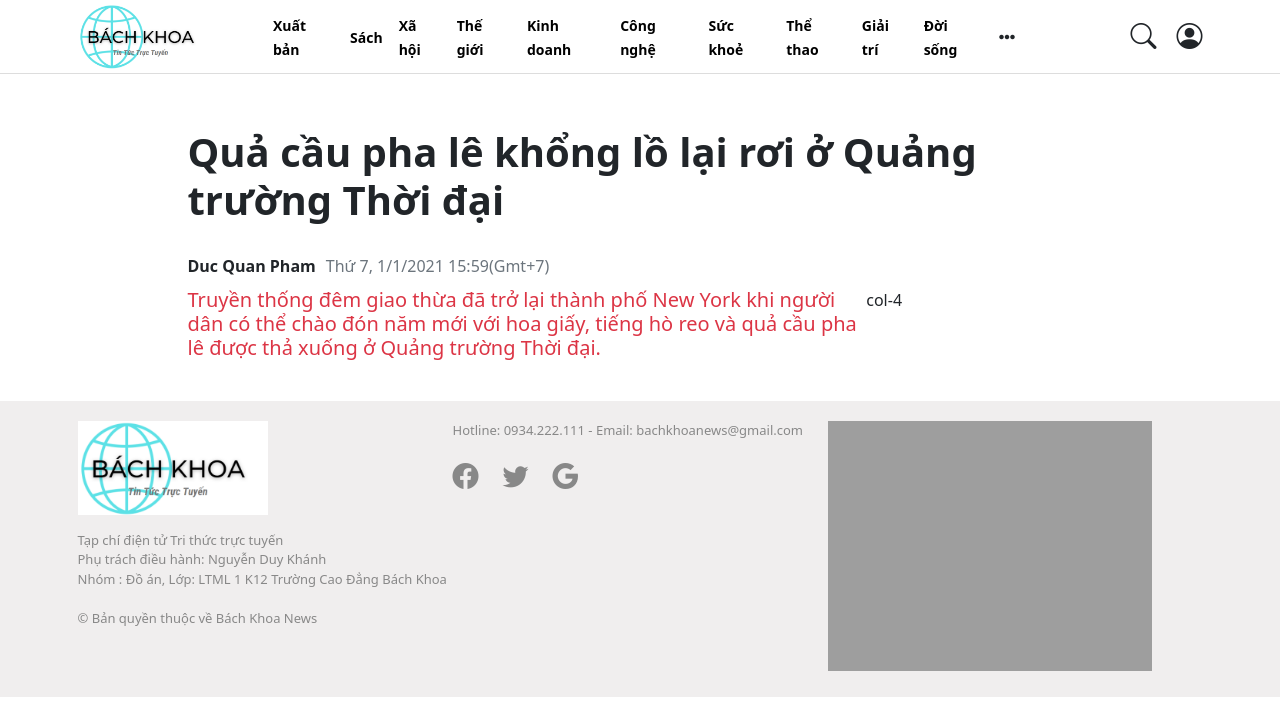
Repository: khanh2324/Java_Web
Page: WebContent/home-new/index.html
The author's editor kept a copy of each file at every save. The page is drawn from the files as they stood at one save, then again after the next save.
The browser window is 1280 px wide. The pictures show the whole page.
Pictures or frames that could not be fetched are drawn as grey boxes. Some web libraries are served in a nearby version.

Above is the page before, as saved 2022-01-01 16:13:36.

### WebContent/home-new/index.html
<!DOCTYPE html>
<html lang="en">
<head>
    <meta charset="UTF-8">
    <meta http-equiv="X-UA-Compatible" content="IE=edge">
    <meta name="viewport" content="width=device-width, initial-scale=1.0">
    <title>Bách Khoa News</title>
    <!-- Icon Boostrap -->
    <link rel="stylesheet" href="https://cdn.jsdelivr.net/npm/bootstrap-icons@1.3.0/font/bootstrap-icons.css">
    <!-- Link Font -->
    <link href="https://fonts.googleapis.com/css2?family=Roboto:ital,wght@0,100;0,300;0,400;0,500;0,700;0,900;1,100;1,300;1,400;1,500;1,700;1,900&display=swap" rel="stylesheet">

    <!-- OWL -->
    <link rel="stylesheet" href="./css/owl.carousel.min.css">
    <link rel="stylesheet" href="./css/owl.theme.default.min.css">

    <!--Font Awesome -->
    <link rel="stylesheet" href="https://cdnjs.cloudflare.com/ajax/libs/font-awesome/5.15.4/css/all.min.css" integrity="sha512-1ycn6IcaQQ40/MKBW2W4Rhis/DbILU74C1vSrLJxCq57o941Ym01SwNsOMqvEBFlcgUa6xLiPY/NS5R+E6ztJQ==" crossorigin="anonymous" referrerpolicy="no-referrer" />
    <!-- CSS-->
    <link rel="stylesheet" href="./css/bootstrap.css">
    <link rel="stylesheet" href="./css/shared.css">
    <link rel="stylesheet" href="./css/style.css">
    <link rel="stylesheet" href="./css/responsive.css">
</head>
<body>
    <div class="main">
        <!-- Header -->
        <div class="header navbar navbar-expand-lg navbar-light fixed-top d-flex">
            <div class="container">

                <div class="col-lg-2 col-10 header-logo">
                    <a class="header-logo_link" href="#">
                        <div class="header-logo_img"></div>
                    </a>
                </div>

                <div class="col-lg-8 header-nav d-flex">
                    <ul class="header-nav_list d-lg-flex d-none">
                        <li class="header-nav_item">
                            <a href="" class="header-nav_link">Xuất bản</a>
                        </li>
                        <li class="header-nav_item">
                            <a href="" class="header-nav_link">Sách</a>
                        </li>
                        <li class="header-nav_item">
                            <a href="" class="header-nav_link">Xã hội</a>
                        </li>
                        <li class="header-nav_item">
                            <a href="" class="header-nav_link">Thế giới</a>
                        </li>
                        <li class="header-nav_item">
                            <a href="" class="header-nav_link">Kinh doanh</a>
                        </li>
                        <li class="header-nav_item">
                            <a href="" class="header-nav_link">Công nghệ</a>
                        </li>
                        <li class="header-nav_item">
                            <a href="" class="header-nav_link">Sức khoẻ</a>
                        </li>
                        <li class="header-nav_item">
                            <a href="" class="header-nav_link">Thể thao</a>
                        </li>
                        <li class="header-nav_item">
                            <a href="" class="header-nav_link">Giải trí</a>
                        </li>
                        <li class="header-nav_item">
                            <a href="" class="header-nav_link">Đời sống</a>
                        </li>
                    </ul>

                    <div class="header-nav_btn">
                        <i class="fas fa-ellipsis-h"></i>
                    </div>
                </div>

                <div class="col-lg-2">
                    <div class="d-flex justify-content-end">
                        <div class="header-search">
                            <i class="bi bi-search"></i>
                        </div>

                        <div class="header-user">
                            <i class="bi bi-person-circle"></i>

                            <div class="user-options d-none">
                                <ul class="user-options_list">
                                    <li class="user-options_item">
                                        <a href="" class="user-options_link">Đăng ký</a>
                                    </li>
                                    <li class="user-options_item">
                                        <a href="" class="user-options_link">Đăng nhập</a>
                                    </li>
                                </ul>
                            </div>
                        </div>


                    </div>

                </div>
            </div>

        </div>

        <!-- Sub Nav -->
        <div class="header-subnav navbar navbar-expand-lg navbar-light fixed-top d-none">
            <div class="container flex-wrap">
                <div class="col-lg-2 header-subnav_wrap">
                    <div class="header-subnav_title">Xã Hội</div>
                    <ul class="header-subnav_list">
                        <li class="header-subnav_item">
                            <a href="" class="header-subnav_link">Chính trị</a>
                        </li>
                        <li class="header-subnav_item">
                            <a href="" class="header-subnav_link">Nhân sự mới</a>
                        </li>
                        <li class="header-subnav_item">
                            <a href="" class="header-subnav_link">Đô thị</a>
                        </li>
                        <li class="header-subnav_item">
                            <a href="" class="header-subnav_link">Giao thông</a>
                        </li>
                        <li class="header-subnav_item">
                            <a href="" class="header-subnav_link">Saigon Metro</a>
                        </li>
                        <li class="header-subnav_item">
                            <a href="" class="header-subnav_link">Sáng kiến chống dịch</a>
                        </li>
                    </ul>
                </div>

                <div class="col-lg-2 header-subnav_wrap">
                    <div class="header-subnav_title">Xã Hội</div>
                    <ul class="header-subnav_list">
                        <li class="header-subnav_item">
                            <a href="" class="header-subnav_link">Chính trị</a>
                        </li>
                        <li class="header-subnav_item">
                            <a href="" class="header-subnav_link">Nhân sự mới</a>
                        </li>
                        <li class="header-subnav_item">
                            <a href="" class="header-subnav_link">Đô thị</a>
                        </li>
                        <li class="header-subnav_item">
                            <a href="" class="header-subnav_link">Giao thông</a>
                        </li>
                        <li class="header-subnav_item">
                            <a href="" class="header-subnav_link">Saigon Metro</a>
                        </li>
                        <li class="header-subnav_item">
                            <a href="" class="header-subnav_link">Sáng kiến chống dịch</a>
                        </li>
                    </ul>
                </div>

                <div class="col-lg-2 header-subnav_wrap">
                    <div class="header-subnav_title">Xã Hội</div>
                    <ul class="header-subnav_list">
                        <li class="header-subnav_item">
                            <a href="" class="header-subnav_link">Chính trị</a>
                        </li>
                        <li class="header-subnav_item">
                            <a href="" class="header-subnav_link">Nhân sự mới</a>
                        </li>
                        <li class="header-subnav_item">
                            <a href="" class="header-subnav_link">Đô thị</a>
                        </li>
                        <li class="header-subnav_item">
                            <a href="" class="header-subnav_link">Giao thông</a>
                        </li>
                        <li class="header-subnav_item">
                            <a href="" class="header-subnav_link">Saigon Metro</a>
                        </li>
                        <li class="header-subnav_item">
                            <a href="" class="header-subnav_link">Sáng kiến chống dịch</a>
                        </li>
                    </ul>
                </div>

                <div class="col-lg-2 header-subnav_wrap">
                    <div class="header-subnav_title">Xã Hội</div>
                    <ul class="header-subnav_list">
                        <li class="header-subnav_item">
                            <a href="" class="header-subnav_link">Chính trị</a>
                        </li>
                        <li class="header-subnav_item">
                            <a href="" class="header-subnav_link">Nhân sự mới</a>
                        </li>
                        <li class="header-subnav_item">
                            <a href="" class="header-subnav_link">Đô thị</a>
                        </li>
                        <li class="header-subnav_item">
                            <a href="" class="header-subnav_link">Giao thông</a>
                        </li>
                        <li class="header-subnav_item">
                            <a href="" class="header-subnav_link">Saigon Metro</a>
                        </li>
                        <li class="header-subnav_item">
                            <a href="" class="header-subnav_link">Sáng kiến chống dịch</a>
                        </li>
                    </ul>
                </div>

                <div class="col-lg-2 header-subnav_wrap">
                    <div class="header-subnav_title">Xã Hội</div>
                    <ul class="header-subnav_list">
                        <li class="header-subnav_item">
                            <a href="" class="header-subnav_link">Chính trị</a>
                        </li>
                        <li class="header-subnav_item">
                            <a href="" class="header-subnav_link">Nhân sự mới</a>
                        </li>
                        <li class="header-subnav_item">
                            <a href="" class="header-subnav_link">Đô thị</a>
                        </li>
                        <li class="header-subnav_item">
                            <a href="" class="header-subnav_link">Giao thông</a>
                        </li>
                        <li class="header-subnav_item">
                            <a href="" class="header-subnav_link">Saigon Metro</a>
                        </li>
                        <li class="header-subnav_item">
                            <a href="" class="header-subnav_link">Sáng kiến chống dịch</a>
                        </li>
                    </ul>
                </div>

                <div class="col-lg-2 header-subnav_wrap">
                    <div class="header-subnav_title">Xã Hội</div>
                    <ul class="header-subnav_list">
                        <li class="header-subnav_item">
                            <a href="" class="header-subnav_link">Chính trị</a>
                        </li>
                        <li class="header-subnav_item">
                            <a href="" class="header-subnav_link">Nhân sự mới</a>
                        </li>
                        <li class="header-subnav_item">
                            <a href="" class="header-subnav_link">Đô thị</a>
                        </li>
                        <li class="header-subnav_item">
                            <a href="" class="header-subnav_link">Giao thông</a>
                        </li>
                        <li class="header-subnav_item">
                            <a href="" class="header-subnav_link">Saigon Metro</a>
                        </li>
                        <li class="header-subnav_item">
                            <a href="" class="header-subnav_link">Sáng kiến chống dịch</a>
                        </li>
                    </ul>
                </div>

                <div class="col-lg-2 header-subnav_wrap">
                    <div class="header-subnav_title">Xã Hội</div>
                    <ul class="header-subnav_list">
                        <li class="header-subnav_item">
                            <a href="" class="header-subnav_link">Chính trị</a>
                        </li>
                        <li class="header-subnav_item">
                            <a href="" class="header-subnav_link">Nhân sự mới</a>
                        </li>
                        <li class="header-subnav_item">
                            <a href="" class="header-subnav_link">Đô thị</a>
                        </li>
                        <li class="header-subnav_item">
                            <a href="" class="header-subnav_link">Giao thông</a>
                        </li>
                        <li class="header-subnav_item">
                            <a href="" class="header-subnav_link">Saigon Metro</a>
                        </li>
                        <li class="header-subnav_item">
                            <a href="" class="header-subnav_link">Sáng kiến chống dịch</a>
                        </li>
                    </ul>
                </div>

                <div class="col-lg-2 header-subnav_wrap">
                    <div class="header-subnav_title">Xã Hội</div>
                    <ul class="header-subnav_list">
                        <li class="header-subnav_item">
                            <a href="" class="header-subnav_link">Chính trị</a>
                        </li>
                        <li class="header-subnav_item">
                            <a href="" class="header-subnav_link">Nhân sự mới</a>
                        </li>
                        <li class="header-subnav_item">
                            <a href="" class="header-subnav_link">Đô thị</a>
                        </li>
                        <li class="header-subnav_item">
                            <a href="" class="header-subnav_link">Giao thông</a>
                        </li>
                        <li class="header-subnav_item">
                            <a href="" class="header-subnav_link">Saigon Metro</a>
                        </li>
                        <li class="header-subnav_item">
                            <a href="" class="header-subnav_link">Sáng kiến chống dịch</a>
                        </li>
                    </ul>
                </div>

                <div class="col-lg-2 header-subnav_wrap">
                    <div class="header-subnav_title">Xã Hội</div>
                    <ul class="header-subnav_list">
                        <li class="header-subnav_item">
                            <a href="" class="header-subnav_link">Chính trị</a>
                        </li>
                        <li class="header-subnav_item">
                            <a href="" class="header-subnav_link">Nhân sự mới</a>
                        </li>
                        <li class="header-subnav_item">
                            <a href="" class="header-subnav_link">Đô thị</a>
                        </li>
                        <li class="header-subnav_item">
                            <a href="" class="header-subnav_link">Giao thông</a>
                        </li>
                        <li class="header-subnav_item">
                            <a href="" class="header-subnav_link">Saigon Metro</a>
                        </li>
                        <li class="header-subnav_item">
                            <a href="" class="header-subnav_link">Sáng kiến chống dịch</a>
                        </li>
                    </ul>
                </div>

                <div class="col-lg-2 header-subnav_wrap">
                    <div class="header-subnav_title">Xã Hội</div>
                    <ul class="header-subnav_list">
                        <li class="header-subnav_item">
                            <a href="" class="header-subnav_link">Chính trị</a>
                        </li>
                        <li class="header-subnav_item">
                            <a href="" class="header-subnav_link">Nhân sự mới</a>
                        </li>
                        <li class="header-subnav_item">
                            <a href="" class="header-subnav_link">Đô thị</a>
                        </li>
                        <li class="header-subnav_item">
                            <a href="" class="header-subnav_link">Giao thông</a>
                        </li>
                        <li class="header-subnav_item">
                            <a href="" class="header-subnav_link">Saigon Metro</a>
                        </li>
                        <li class="header-subnav_item">
                            <a href="" class="header-subnav_link">Sáng kiến chống dịch</a>
                        </li>
                    </ul>
                </div>

                <div class="col-lg-2 header-subnav_wrap">
                    <div class="header-subnav_title">Xã Hội</div>
                    <ul class="header-subnav_list">
                        <li class="header-subnav_item">
                            <a href="" class="header-subnav_link">Chính trị</a>
                        </li>
                        <li class="header-subnav_item">
                            <a href="" class="header-subnav_link">Nhân sự mới</a>
                        </li>
                        <li class="header-subnav_item">
                            <a href="" class="header-subnav_link">Đô thị</a>
                        </li>
                        <li class="header-subnav_item">
                            <a href="" class="header-subnav_link">Giao thông</a>
                        </li>
                        <li class="header-subnav_item">
                            <a href="" class="header-subnav_link">Saigon Metro</a>
                        </li>
                        <li class="header-subnav_item">
                            <a href="" class="header-subnav_link">Sáng kiến chống dịch</a>
                        </li>
                    </ul>
                </div>

                <div class="col-lg-2 header-subnav_wrap">
                    <div class="header-subnav_title">Xã Hội</div>
                    <ul class="header-subnav_list">
                        <li class="header-subnav_item">
                            <a href="" class="header-subnav_link">Chính trị</a>
                        </li>
                        <li class="header-subnav_item">
                            <a href="" class="header-subnav_link">Nhân sự mới</a>
                        </li>
                        <li class="header-subnav_item">
                            <a href="" class="header-subnav_link">Đô thị</a>
                        </li>
                        <li class="header-subnav_item">
                            <a href="" class="header-subnav_link">Giao thông</a>
                        </li>
                        <li class="header-subnav_item">
                            <a href="" class="header-subnav_link">Saigon Metro</a>
                        </li>
                        <li class="header-subnav_item">
                            <a href="" class="header-subnav_link">Sáng kiến chống dịch</a>
                        </li>
                    </ul>
                </div>


            </div>
        </div>
        <!-- Content -->
        <div class="content category layout-container">
            <div class="container">
                <h1 class="title">Quả cầu pha lê khổng lồ lại rơi ở Quảng trường Thời đại</h1>
                <div class="d-flex mt-5">
                    <p class="category-title_name"><strong>Duc Quan Pham</strong></p>
                    <p class="category-title_time ms-3 text-muted">Thứ 7, 1/1/2021 15:59(Gmt+7)</p>
                </div>
                <div class="content-hot d-flex mt-xxl-5">

                        <div class="col-9">
                            <h2 class="category-heading font-weight-bold align-justify text-danger">
                                Truyền thống đêm giao thừa đã trở lại thành phố New York khi người dân có thể chào đón năm mới với hoa giấy, tiếng hò reo và quả cầu pha lê được thả xuống ở Quảng trường Thời đại.
                            </h2>
                        </div>
                        <div class="col-3">col-4</div>
                </div>
            </div>
        </div>
        <div class="footer">
            <div class="container">
                <div class="footer-wrap d-flex justify-content-start flex-wrap">
                    <div class="col-lg-4 col-6">
                        <div class="footer-logo"></div>
                        <div class="footer-content">
                            <span>Tạp chí điện tử Tri thức trực tuyến</span><br>
                            <span>Phụ trách điều hành: Nguyễn Duy Khánh</span><br>
                            <span>Nhóm : Đồ án, Lớp: LTML 1 K12 Trường Cao Đẳng Bách Khoa</span> <br><br>
                            <span>&copy; Bản quyền thuộc về Bách Khoa News</span>
                        </div>
                    </div>

                    <div class="col-lg-4 col-6">
                        <div class="footer-contact">
                            <div>
                                Hotline: 0934.222.111 - Email: bachkhoanews@gmail.com
                            </div>
                            <div class="footer-social d-flex">
                                <a href=""><i class="bi bi-facebook"></i></a>
                                <a href=""><i class="bi bi-twitter"></i></a>
                                <a href=""><i class="bi bi-google"></i></a>
                            </div>
                        </div>
                    </div>

                    <div class="col-lg-4 col-12">
                        <iframe src="https://www.facebook.com/plugins/page.php?href=https%3A%2F%2Fwww.facebook.com%2FB%25C3%25A1ch-Khoa-News-101628475737965%2F%3Fref%3Dpages_you_manage&tabs=timeline&width=324&height=250&small_header=true&adapt_container_width=true&hide_cover=false&show_facepile=true&appId" width="324" height="250" style="border:none;overflow:hidden" scrolling="no" frameborder="0" allowfullscreen="true" allow="autoplay; clipboard-write; encrypted-media; picture-in-picture; web-share"></iframe>
                    </div>
                </div>
            </div>
        </div>
    </div>

    <script type="text/javascript" src="http://ajax.googleapis.com/ajax/libs/jquery/2.1.3/jquery.min.js"> </script>
    <script src="./js/owl.carousel.min.js"></script>
    <script>

        $(document).ready(function(){
            $('.owl-carousel').owlCarousel({
                loop: false,
                margin:10,
                nav: true,
                dots: false,
                slideBy: 5,
                rewind: false,
                responsive:{
                    0:{
                        items:1
                    },
                    600:{
                        items:3
                    },
                    1000:{
                        items:5
                    }
                }
            })

            // Sub nav
            $('.header-nav_btn').click(function() {
                var SubNavNone = $('.header-subnav').hasClass('d-none');
                if (SubNavNone) {
                    $('.header-subnav').removeClass('d-none');
                }
                else {
                    $('.header-subnav').addClass("d-none");
                }
            })

            $('.header-user').click(function() {
                var UserNone = $('.user-options').hasClass('d-none');
                if (UserNone) {
                    $('.user-options').removeClass('d-none');
                }
                else {
                    $('.user-options').addClass("d-none");
                }
            })
        });




    </script>
</body>
</html>

### WebContent/home-new/css/responsive.css
/* Mobile & tablet */
@media (max-width: 1023px){
    .header-logo_img{
        background-position: center center;
        padding-top: 10%;
    }

    .multimedia-right_news{
        margin-top: 16px;
    }

}

/* Tablet */
@media (min-width: 740px) and (max-width: 1023px) {

}

/* Mobile */

@media (min-width: 768px){

}

Loaded but not shown: WebContent/home-new/css/owl.carousel.min.css (library); WebContent/home-new/css/owl.theme.default.min.css (common file); WebContent/home-new/css/bootstrap.css (library); WebContent/home-new/js/owl.carousel.min.js (library); WebContent/home-new/css/style.css (172 lines, source omitted); WebContent/home-new/css/shared.css (56 lines, source omitted)

After the next save:
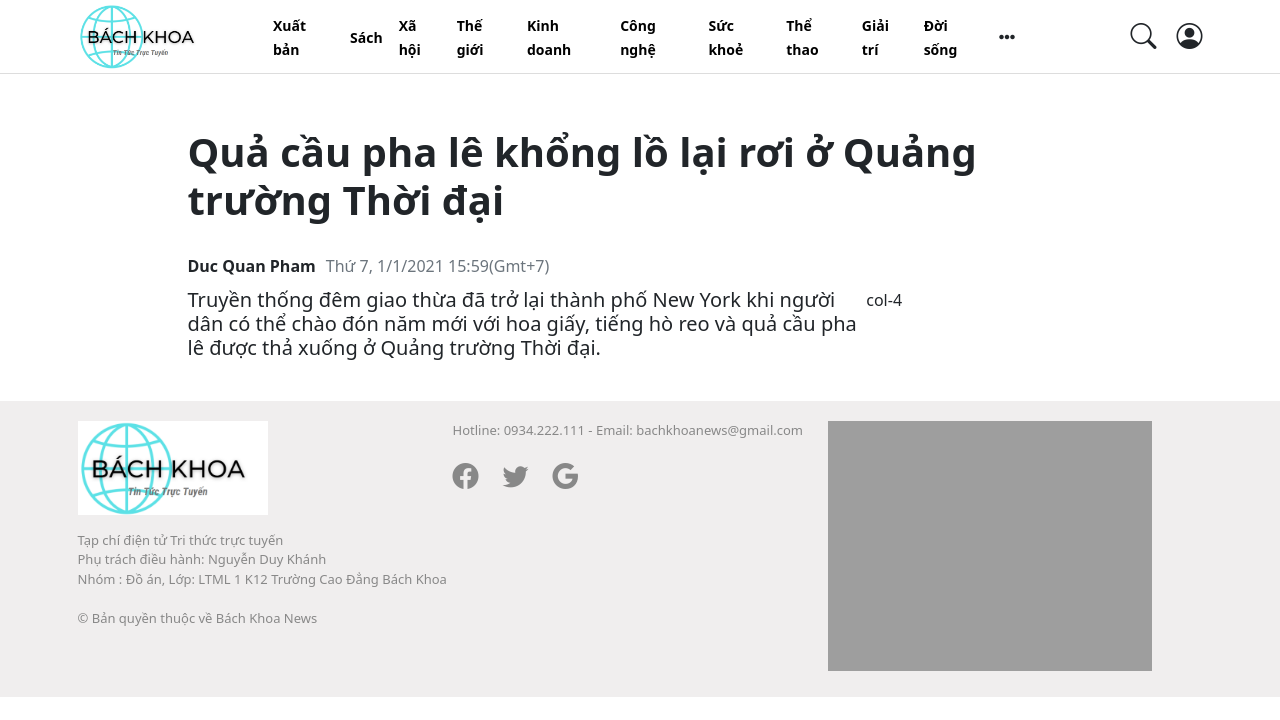
Saved 15 s later.
--- a/WebContent/home-new/index.html
+++ b/WebContent/home-new/index.html
@@ -407,7 +407,7 @@
                 <div class="content-hot d-flex mt-xxl-5">
 
                         <div class="col-9">
-                            <h2 class="category-heading font-weight-bold align-justify text-danger">
+                            <h2 class="category-heading align-justify ">
                                 Truyền thống đêm giao thừa đã trở lại thành phố New York khi người dân có thể chào đón năm mới với hoa giấy, tiếng hò reo và quả cầu pha lê được thả xuống ở Quảng trường Thời đại.
                             </h2>
                         </div>
